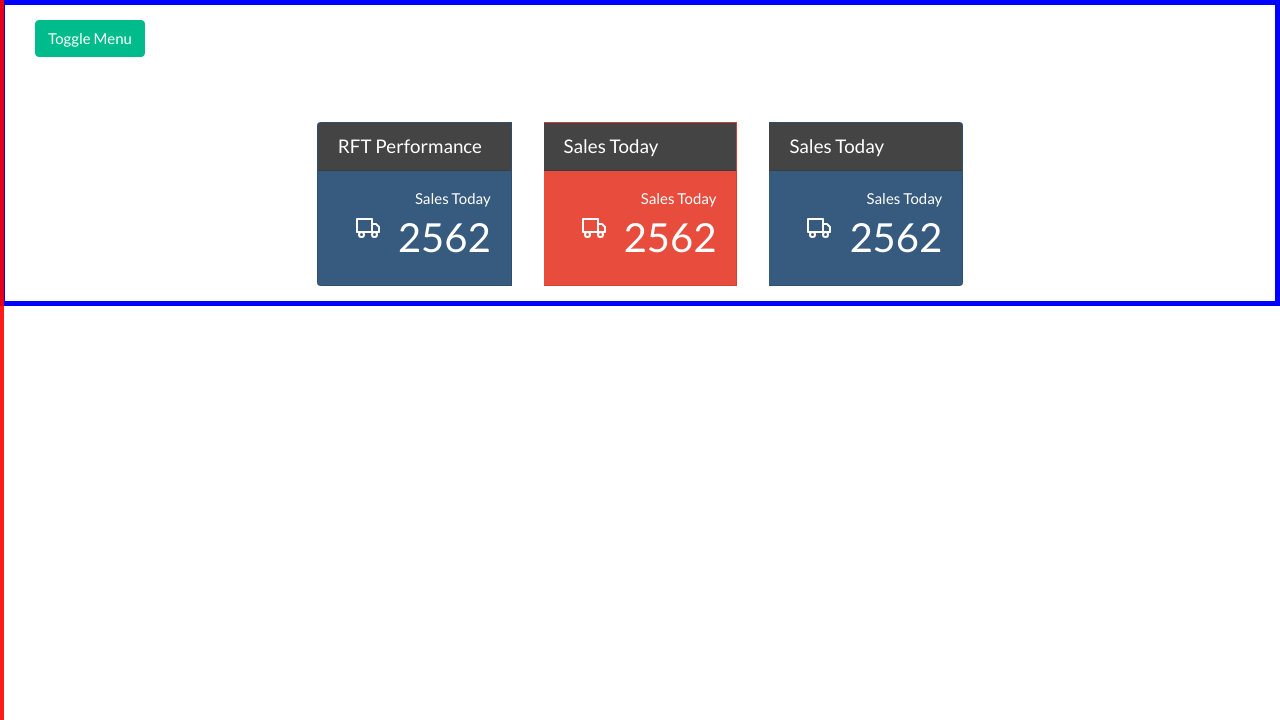
Repository: valenovi76/Delivery-Dashboard
Page: Index.html
The author's editor kept a record of every edit. The page is drawn from the files as they stood at one moment, then again after the next edit.
The browser window is 1280 px wide. The pictures show the whole page.
Some web libraries are served in a nearby version.

Above is the page before.
Console error: TypeError: Cannot read properties of null (reading 'textContent')

After the next edit:
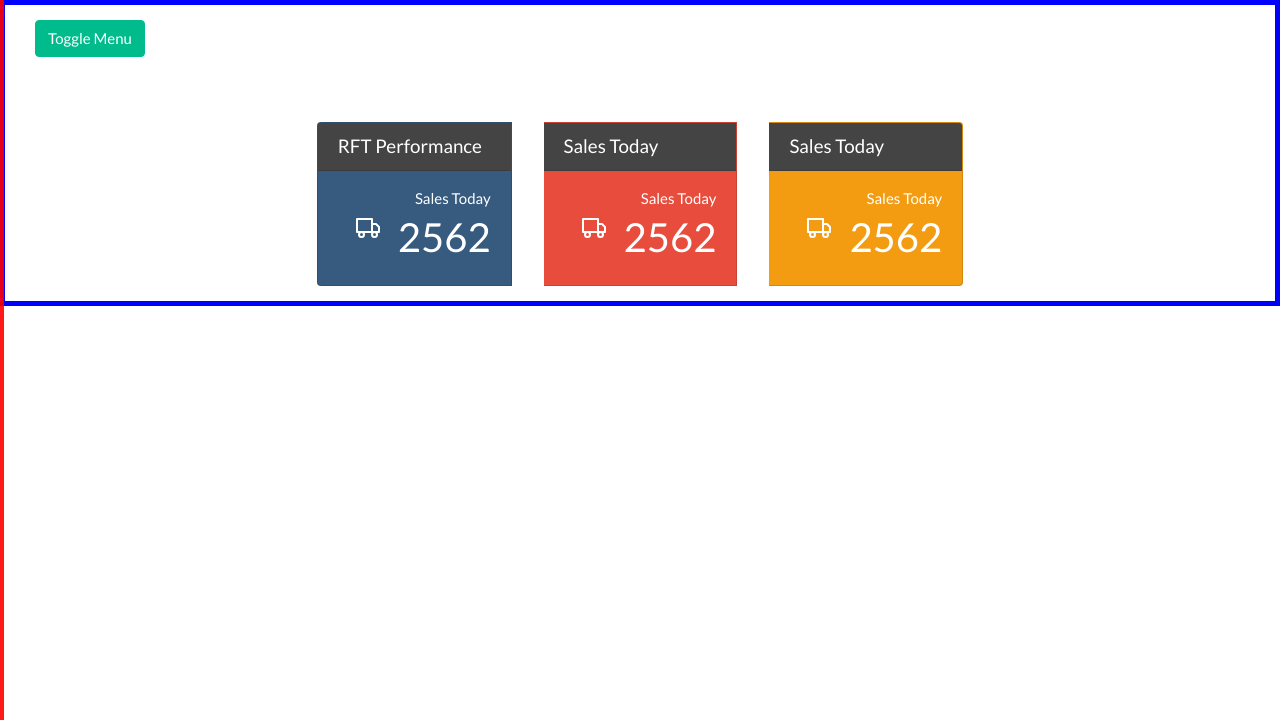
The edit:
--- a/Index.html
+++ b/Index.html
@@ -77,7 +77,7 @@
                     												</div>
                     											</div>
                     										</div>
-                                    <div class="card flex-fill bg-primary text-white mx-3">
+                                    <div class="card flex-fill bg-warning text-white mx-3">
                 											<div class="card-header">
                 												<h5 class="card-title text-white mb-0">Sales Today</h5>
                 											</div>
